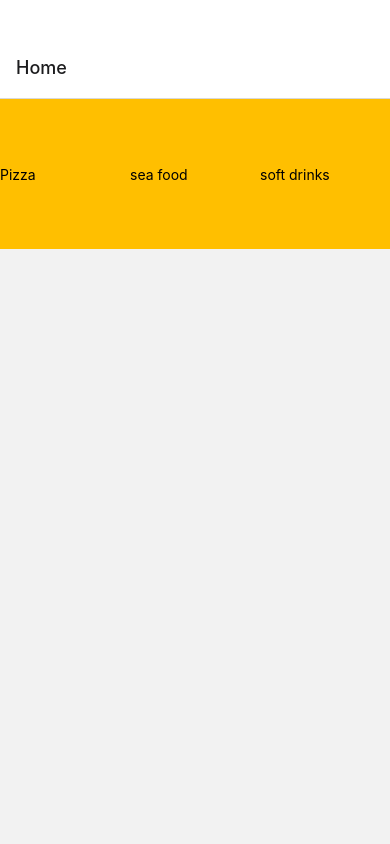
Repository: Esraa22M/ReactNative
Screen: /
These files come from the project's save history. The screen is drawn as it stood at one moment and after the next save; the edit follows.
The app was drawn by React Native's web renderer in a window 390 px wide. The project was rebuilt for these pictures with package versions that can differ from the ones it lists, and the page was loaded fresh each time. Also part of the build but not shown: src/components/header/header.component.js, src/colors/front-screen-colors/user-auth-colors.js, src/components/header/header.styles.js, src/components/textInput/textInput.styles.js, src/components/textInput/textInput.components.jsx, src/components/singup-form-body/singup-form-body.components.js, src/screens/front-screen/Singup/singup-screen.screens.jsx, src/authentication/api/login-info.js and 2 more.

Above is the screen before, as saved 2023-09-21 00:27:59.

After the next save:
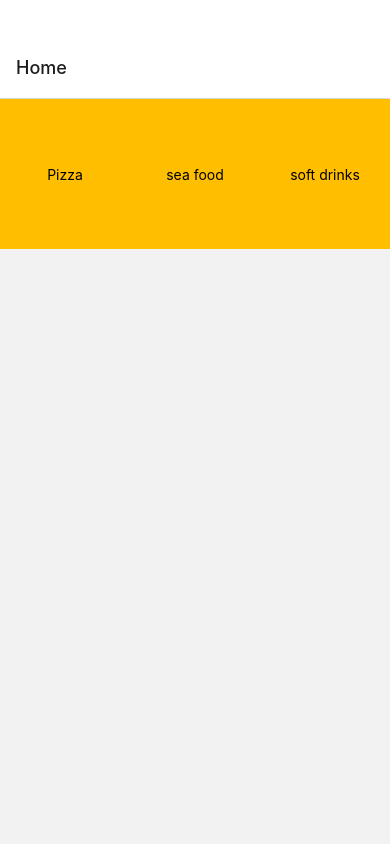
Saved 14 s later.
--- a/src/components/categories/category-item.components.js
+++ b/src/components/categories/category-item.components.js
@@ -15,5 +15,6 @@ const styles = StyleSheet.create({
     flex: 1,
     height: 150,
     justifyContent: "center",
+    alignItems: "center",
   },
 });
